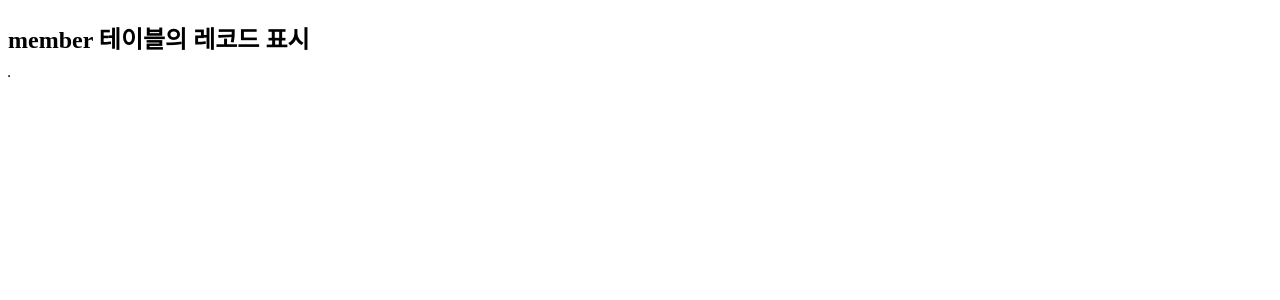
Repository: matodale/StudyJSP
Page: http://localhost/StudyJSP/ch11/selectTest.jsp
An editor plug-in stored every save of this project. The page is shown before and after the next save, followed by the edit.
The browser window is 1280 px wide. The pictures show the whole page.
The page is served by Tomcat 9. Other server files are loaded and not shown.

Above is the page before, as saved 2022-12-22 11:06:10.

### StudyJSP/src/main/webapp/ch11/selectTest.jsp
<%@ page language="java" contentType="text/html; charset=UTF-8"
    pageEncoding="UTF-8"%>
<%@ page import="java.sql.*"%>
<!DOCTYPE html>
<html>
<head>
<meta charset="UTF-8">
<title>레코드 표시</title>
</head>
<body>
<h2>member 테이블의 레코드 표시</h2>
<table border="1">

</table>
</body>
</html>

After the next save:
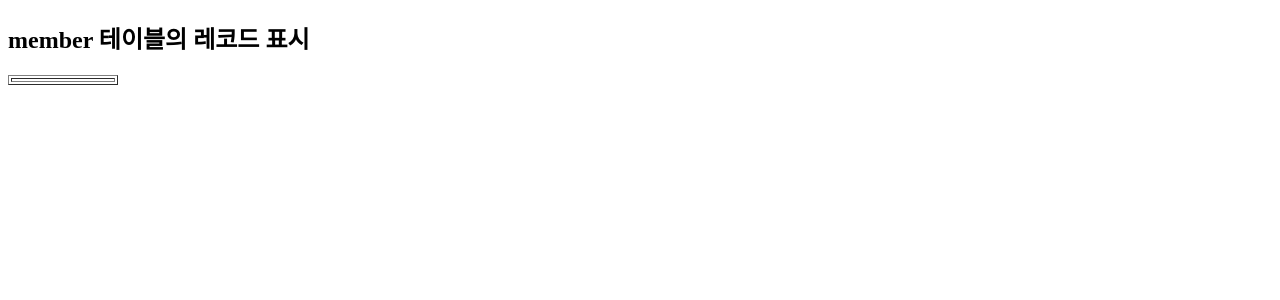
Saved 23 s later.
--- a/StudyJSP/src/main/webapp/ch11/selectTest.jsp
+++ b/StudyJSP/src/main/webapp/ch11/selectTest.jsp
@@ -10,7 +10,9 @@
 <body>
 <h2>member 테이블의 레코드 표시</h2>
 <table border="1">
-
+	<tr>
+		<td width="100"></td>
+	</tr>
 </table>
 </body>
 </html>
